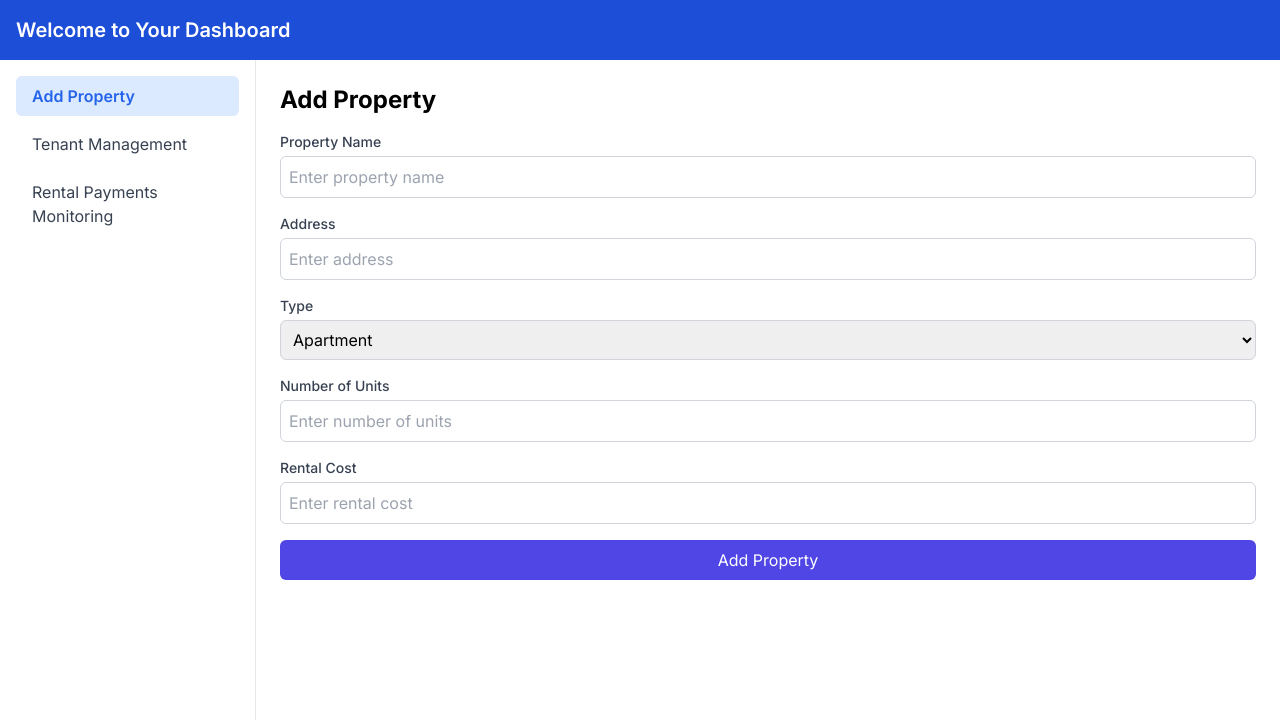
Repository: NassimeElkamari/Horizon-Housing
Page: /dashboard
An editor plug-in stored every save of this project. The page is shown before and after the next save, followed by the edit.
The browser window is 1280 px wide. The pictures show the whole page.
The project was rebuilt for these pictures with package versions that can differ from the ones it lists, and the page was loaded fresh each time. The framework's server and built-in components were replaced by stand-ins that run in the browser. Also part of the build but not shown: next.config.mjs, src/components/TenantManagement.tsx, src/components/PropertiesTable.tsx, src/components/RentalPaymentsMonitoring.tsx.

Above is the page before, as saved 2024-08-28 20:59:04.

After the next save:
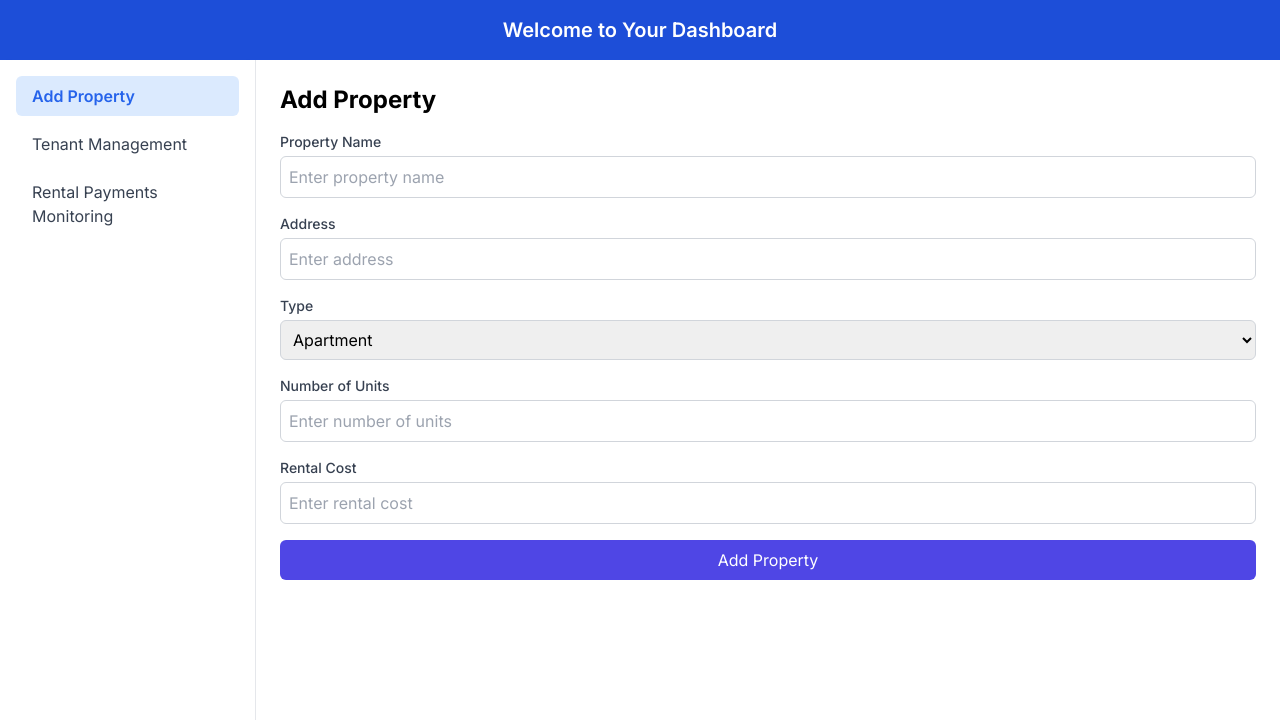
Saved 37 s later.
--- a/src/app/dashboard/page.tsx
+++ b/src/app/dashboard/page.tsx
@@ -12,7 +12,7 @@
   return (
     <div className="min-h-screen flex flex-col bg-gray-50">
       <header className="bg-blue-700 text-white p-4 shadow-md">
-        <h1 className="text-xl font-semibold">Welcome to Your Dashboard</h1>
+        <h1 className="text-xl font-semibold text-center">Welcome to Your Dashboard</h1>
       </header>
 
       <div className="flex flex-1">

After the save that followed:
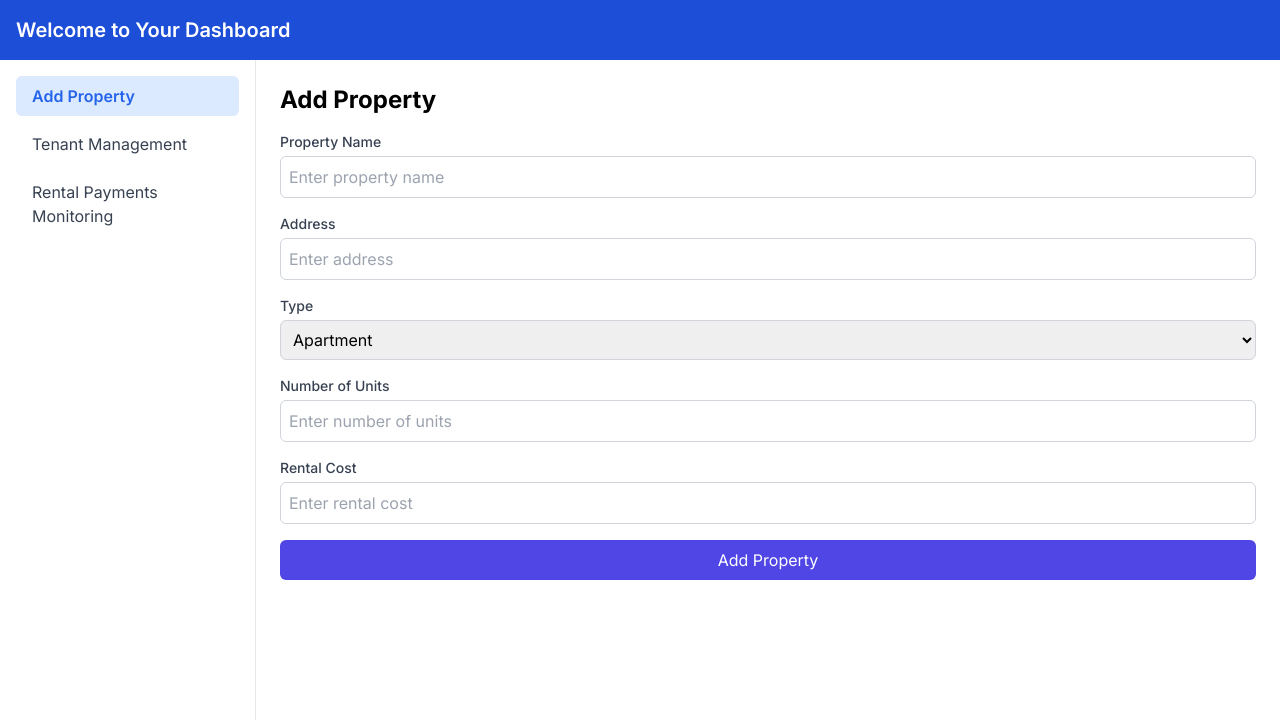
Saved 15 s later.
--- a/src/app/dashboard/page.tsx
+++ b/src/app/dashboard/page.tsx
@@ -11,7 +11,7 @@
 
   return (
     <div className="min-h-screen flex flex-col bg-gray-50">
-      <header className="bg-blue-700 text-white p-4 shadow-md">
+      <header className="bg-blue-700 text-white p-4 shadow-md flex ">
         <h1 className="text-xl font-semibold text-center">Welcome to Your Dashboard</h1>
       </header>
 
